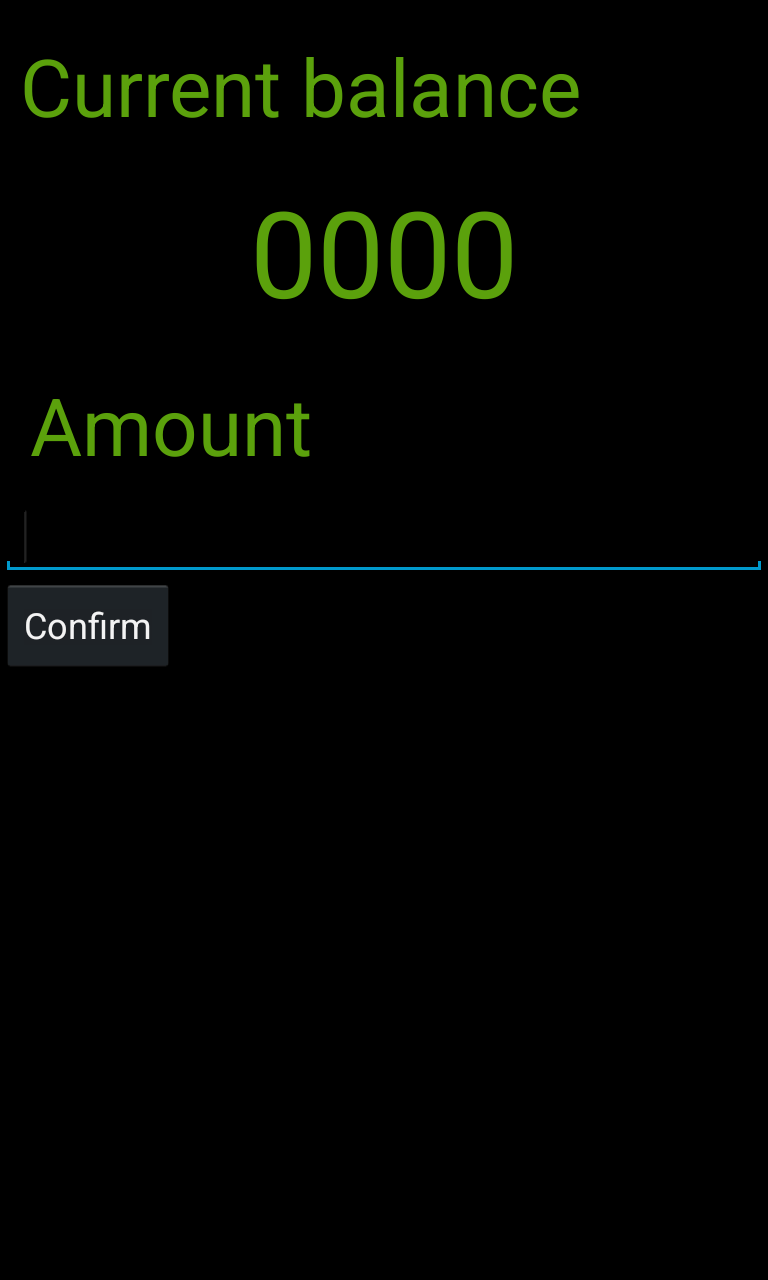
Repository: rrafols/EcoHack
Layout: EcoWalletAndroid/res/layout/payment_layout.xml
An editor plug-in stored every save of this project. The layout is shown before and after the next save, followed by the edit.
It is drawn on a 768 x 1280 px phone screen (xhdpi) without system bars, with theme android:Theme.Holo; the app's code is not run.

Above is the layout before, as saved 2014-02-23 05:23:59.

After the next save:
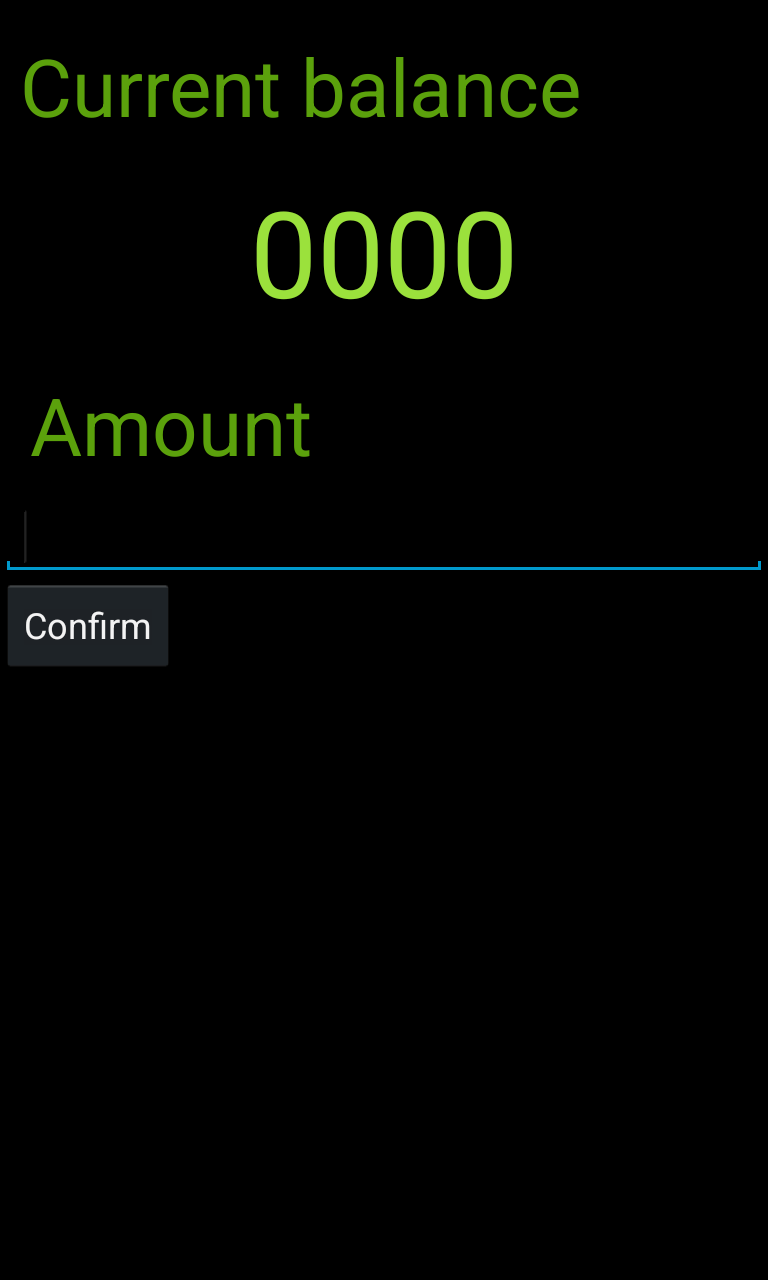
Saved 45 s later.
--- a/EcoWalletAndroid/res/layout/payment_layout.xml
+++ b/EcoWalletAndroid/res/layout/payment_layout.xml
@@ -26,7 +26,7 @@
             android:layout_width="match_parent"
             android:layout_height="wrap_content"
             android:textSize="60sp"
-            android:textColor="#5BA10C"
+            android:textColor="#9BE13C"
             android:gravity="center_horizontal"
             android:text="0000"
             android:textAppearance="?android:attr/textAppearanceLarge" />
